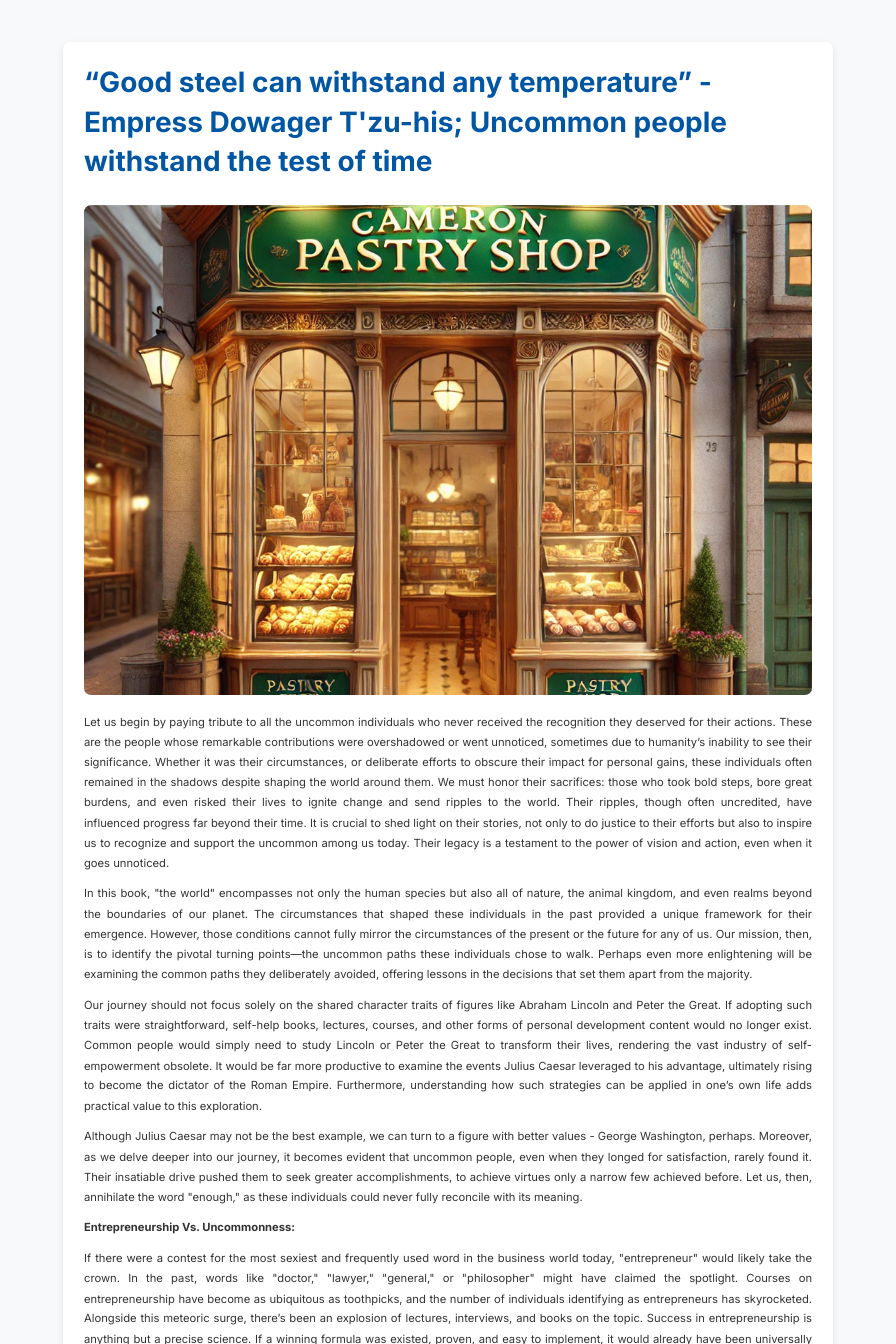
Repository: AvivGranot/Uncommon-Website
Page: Assets/Posts/post2.html
An editor plug-in stored every save of this project. The page is shown before and after the next save, followed by the edit.
The browser window is 1280 px wide. The pictures show the part of the page from y = 0 to 1920 px (the page is 2948 px tall before and 2748 px after), at 70% of full size.

Above is the page before, as saved 2025-01-10 00:01:30.

### Assets/Posts/post2.html
<!DOCTYPE html>
<html lang="en">
<head>
    <meta charset="UTF-8">
    <meta name="viewport" content="width=device-width, initial-scale=1.0">
    <title>Entrepreneurship vs. Uncommonness?</title>
    <link href="https://fonts.googleapis.com/css2?family=Inter:wght@400;700&display=swap" rel="stylesheet">
    <style>
        * {
            margin: 0;
            padding: 0;
            box-sizing: border-box;
        }

        body {
            font-family: 'Inter', sans-serif;
            background-color: #f8f9fa;
            color: #333;
            line-height: 1.8;
            padding: 20px;
        }

        .container {
            max-width: 1100px;
            margin: 40px auto;
            padding: 30px;
            background-color: #fff;
            border-radius: 10px;
            box-shadow: 0 4px 10px rgba(0, 0, 0, 0.1);
        }

        h1 {
            font-size: 2.5rem;
            margin-bottom: 20px;
            line-height: 1.4;
            color: #0056a3;
        }

        p {
            font-size: 1rem;
            margin-bottom: 15px;
            text-align: justify;
        }

        .image {
    width: 100%; /* Ensure it takes full width of the container */
    max-width: 1200px; /* Increase the maximum width for a wider appearance */
    max-height: 700px; /* Adjust the height limit as needed */
    object-fit: cover; /* Ensures the image maintains its aspect ratio */
    border-radius: 10px;
    margin: 15px 0;
}


        footer {
            text-align: center;
            margin-top: 40px;
            padding: 20px;
            background-color: #0056a3;
            color: white;
            border-radius: 10px;
        }

        footer a {
            color: #ffc107;
            text-decoration: none;
        }

        footer a:hover {
            text-decoration: underline;
        }
    </style>
</head>
<body>
    <div class="container">
        <h1>“Good steel can withstand any temperature” - Empress Dowager T'zu-his; Uncommon people withstand the test of time</h1>
        <img src="../Images/Cameron Pastry Shop.webp" alt="DALL-E Generated Image" class="image">
        <p>Let us begin by paying tribute to all the uncommon individuals who never received the recognition they deserved for their actions. These are the people whose remarkable contributions were overshadowed or went unnoticed, sometimes due to humanity’s inability to see their significance. Whether it was their circumstances, or deliberate efforts to obscure their impact for personal gains, these individuals often remained in the shadows despite shaping the world around them. We must honor their sacrifices: those who took bold steps, bore great burdens, and even risked their lives to ignite change and send ripples to the world. Their ripples, though often uncredited, have influenced progress far beyond their time. It is crucial to shed light on their stories, not only to do justice to their efforts but also to inspire us to recognize and support the uncommon among us today. Their legacy is a testament to the power of vision and action, even when it goes unnoticed.</p>
        <p>In this book, "the world" encompasses not only the human species but also all of nature, the animal kingdom, and even realms beyond the boundaries of our planet. The circumstances that shaped these individuals in the past provided a unique framework for their emergence. However, those conditions cannot fully mirror the circumstances of the present or the future for any of us. Our mission, then, is to identify the pivotal turning points—the uncommon paths these individuals chose to walk. Perhaps even more enlightening will be examining the common paths they deliberately avoided, offering lessons in the decisions that set them apart from the majority.</p>
        <p>Our journey should not focus solely on the shared character traits of figures like Abraham Lincoln and Peter the Great. If adopting such traits were straightforward, self-help books, lectures, courses, and other forms of personal development content would no longer exist. Common people would simply need to study Lincoln or Peter the Great to transform their lives, rendering the vast industry of self-empowerment obsolete. It would be far more productive to examine the events Julius Caesar leveraged to his advantage, ultimately rising to become the dictator of the Roman Empire. Furthermore, understanding how such strategies can be applied in one’s own life adds practical value to this exploration.</p>
        <p>Although Julius Caesar may not be the best example, we can turn to a figure with better values - George Washington, perhaps. Moreover, as we delve deeper into our journey, it becomes evident that uncommon people, even when they longed for satisfaction, rarely found it. Their insatiable drive pushed them to seek greater accomplishments, to achieve virtues only a narrow few achieved before. Let us, then, annihilate the word "enough," as these individuals could never fully reconcile with its meaning.</p>
        <p><b>Entrepreneurship Vs. Uncommonness:</b></p>
        <p>If there were a contest for the most sexiest and frequently used word in the business world today, "entrepreneur" would likely take the crown. In the past, words like "doctor," "lawyer," "general," or "philosopher" might have claimed the spotlight. Courses on entrepreneurship have become as ubiquitous as toothpicks, and the number of individuals identifying as entrepreneurs has skyrocketed. Alongside this meteoric surge, there’s been an explosion of lectures, interviews, and books on the topic. Success in entrepreneurship is anything but a precise science. If a winning formula was existed, proven, and easy to implement, it would already have been universally adopted, and the so-called "miracle" of entrepreneurship wouldn’t be celebrated as it is today. While there are undoubtedly valuable lessons to learn from past ventures, these guidelines are not akin to Einstein’s equation, E = mc², or as straightforward as 2 + 2 = 4. Unlike the entrepreneur, the uncommon individual operates in a higher atmosphere. An entrepreneur may achieve glory, fame, and immense wealth during their lifetime. But what happens after their death, or more importantly, centuries later? A successful entrepreneur might, surprisingly though, prevail as common, common even among the uncommon. Consider the influence of an ice cream entrepreneur, for example. If their focus is solely on manufacturing, distribution, and marketing within this narrow field, their impact on humanity, while significant in its own right, pales in comparison to that of truly uncommon individuals. Even with substantial wealth and assets, can their legacy rival the profound influence of Albert Einstein, Napoleon Bonaparte, or John D. Rockefeller?</p>
        <p>Now we understand that creating only a limited scope of values doesn’t always lead to being uncommon. Excelling in the top management, marketing, and distribution of an ice cream supply chain might establish someone as a successful entrepreneur. However, it doesn’t necessarily elevate to the status of an uncommon individual in the test of time. Our successful ice cream entrepreneur has undoubtedly created meaningful contributions: colleagues, competitors, employees, and even strangers may learn from his achievements. Nor should we underestimate the power of the small ripples he has generated. Whether it’s the joy and delight sparked by tasting his ice cream, relationships formed through shared moments, or even the self-discovery inspired by a failed date at his shop. Yet, creating a few ripples and localized value does not inherently make someone uncommon. In contrast, those who produce a mighty current of ripples and transformative values, impacting countless lives and shaping the world for generations, earn their place among the uncommon people.</p>
        <p>For instance, Thomas Edison was granted 1,093 patents in the United States alone and a total of 2,332 worldwide . Even if he had registered only a handful of patents, his financial and social status would likely have skyrocketed. However, Edison is universally regarded as an uncommon individual not just because of his inventions but because he consistently created value and generated ripples that advanced the world in profound and lasting ways.</p>
        <p>To quote Rober F. Kennedy beautiful, inspiring words: <b>“Few will have the greatness to bend history itself, but each of us can work to change a small portion of events. It is from numberless diverse acts of courage and belief that human history is shaped. Each time a man stands up for an ideal, or acts to improve the lot of others, or strikes out against injustice, he sends forth a tiny ripple of hope, and crossing each other from a million different centers of energy and daring those ripples build a current which can sweep down the mightiest walls of oppression and resistance”.</b></p>

        <footer>
            &copy; 2025 Uncommon People in a Common World. All rights reserved. Unauthorized use, copying, or reproduction of this content is prohibited. <a href="../../index.html">Back to Home</a>
        </footer>

    </div>
</body>
</html>

After the next save:
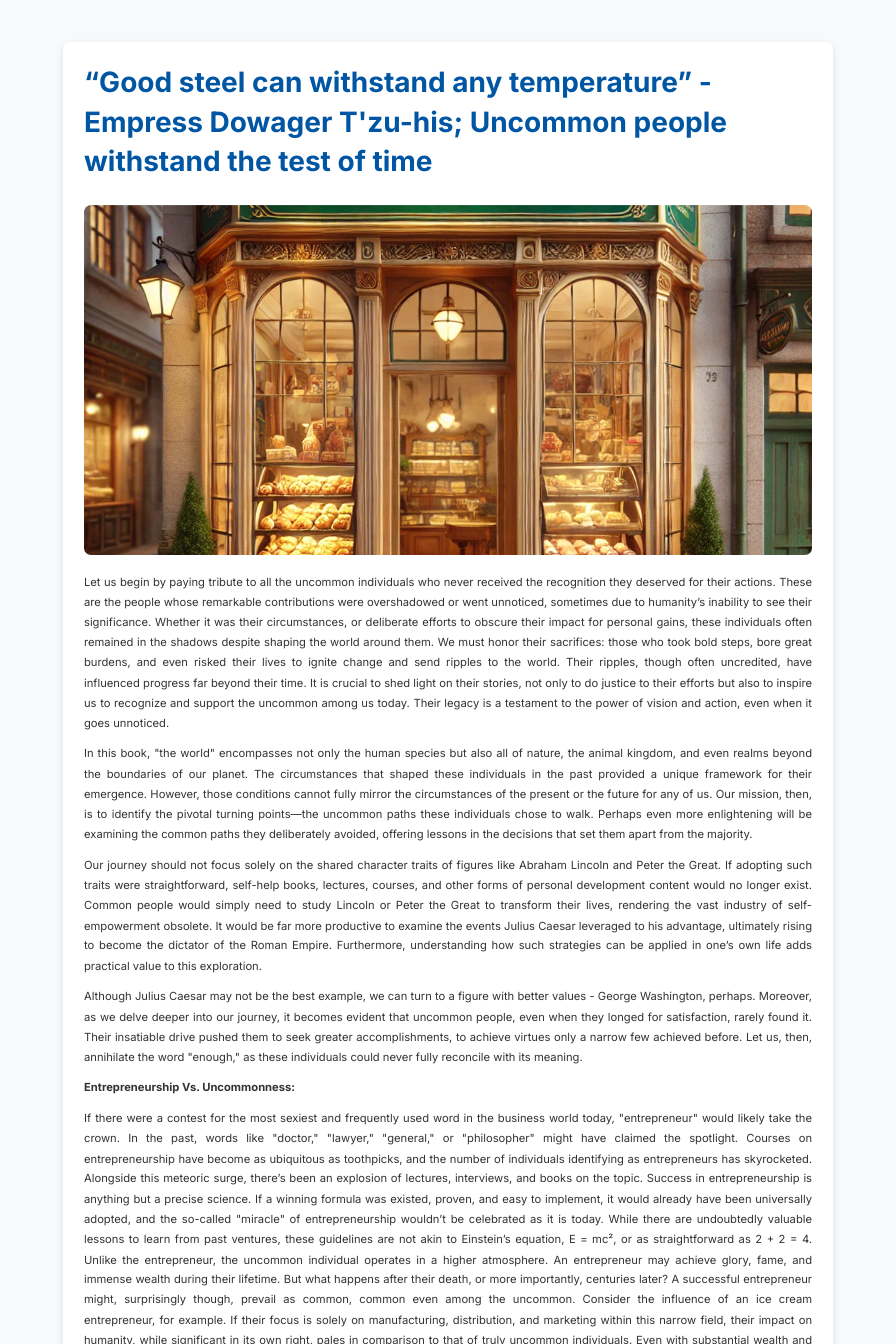
Saved 10 s later.
--- a/Assets/Posts/post2.html
+++ b/Assets/Posts/post2.html
@@ -45,7 +45,7 @@
         .image {
     width: 100%; /* Ensure it takes full width of the container */
     max-width: 1200px; /* Increase the maximum width for a wider appearance */
-    max-height: 700px; /* Adjust the height limit as needed */
+    max-height: 500px; /* Adjust the height limit as needed */
     object-fit: cover; /* Ensures the image maintains its aspect ratio */
     border-radius: 10px;
     margin: 15px 0;
